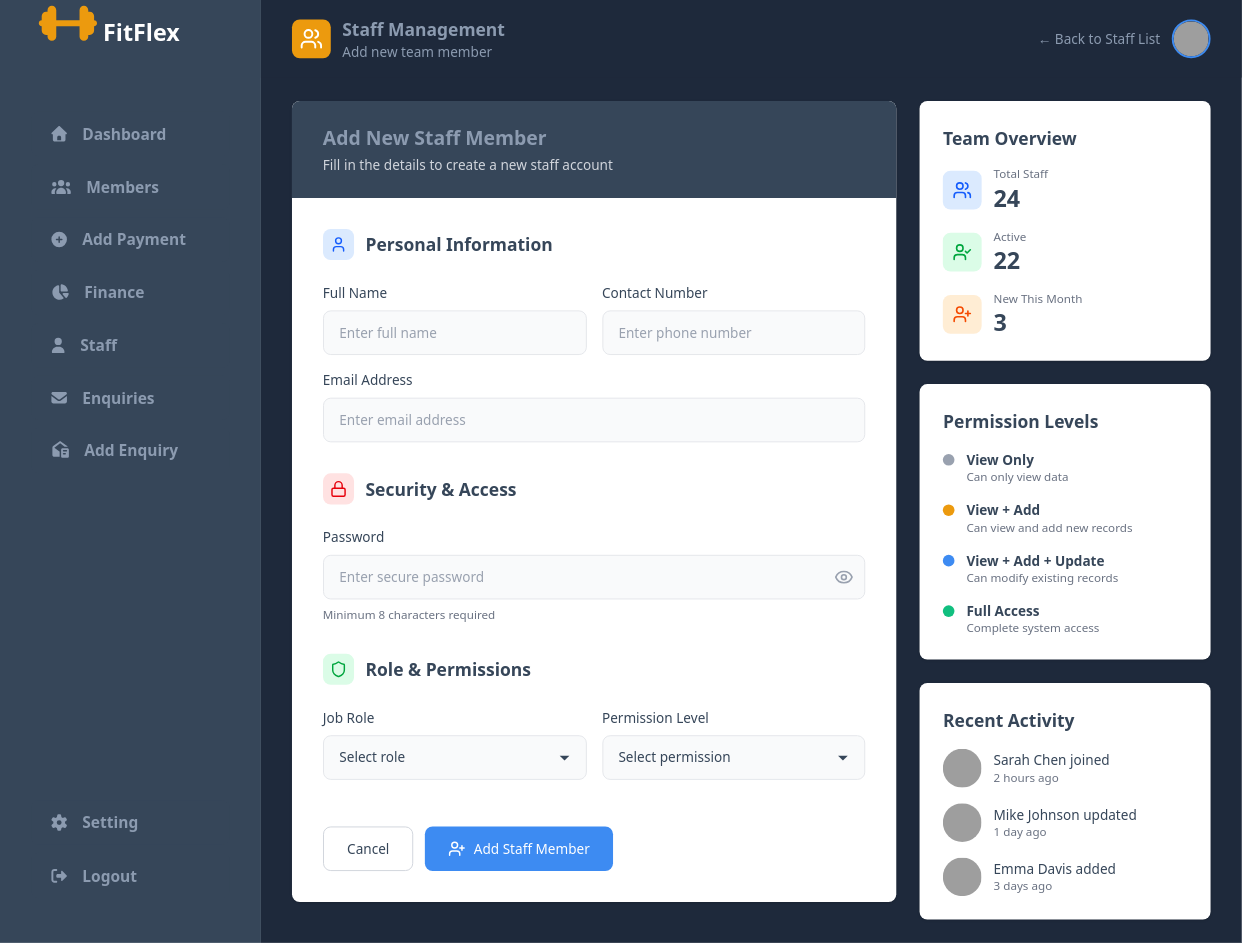
Repository: MuhammadTalhaTaj/gym_management_app_backend
Page: /addstaff (app in frontend/)
The author's editor kept a copy of each file at every save. The page is drawn from the files as they stood at one save, then again after the next save.
The browser window is 1280 px wide. The pictures show the whole page, at 97% of full size.
Pictures or frames that could not be fetched are drawn as grey boxes. The project was rebuilt for these pictures with package versions that can differ from the ones it lists, and the page was loaded fresh each time. Also part of the build but not shown: frontend/vite.config.ts, frontend/src/assets/styles/AdminHeader.css, frontend/src/Components/AdminHeader.tsx, frontend/src/assets/styles/AdminDashboard.css, frontend/src/hooks/useDashboardData.ts, frontend/src/assets/styles/AdminDashboardStats.css, frontend/src/Components/AdminDashboardStats.tsx, frontend/src/Components/IncomeExpenseChart.tsx and 31 more.

Above is the page before, as saved 2025-11-21 10:41:27.

After the next save:
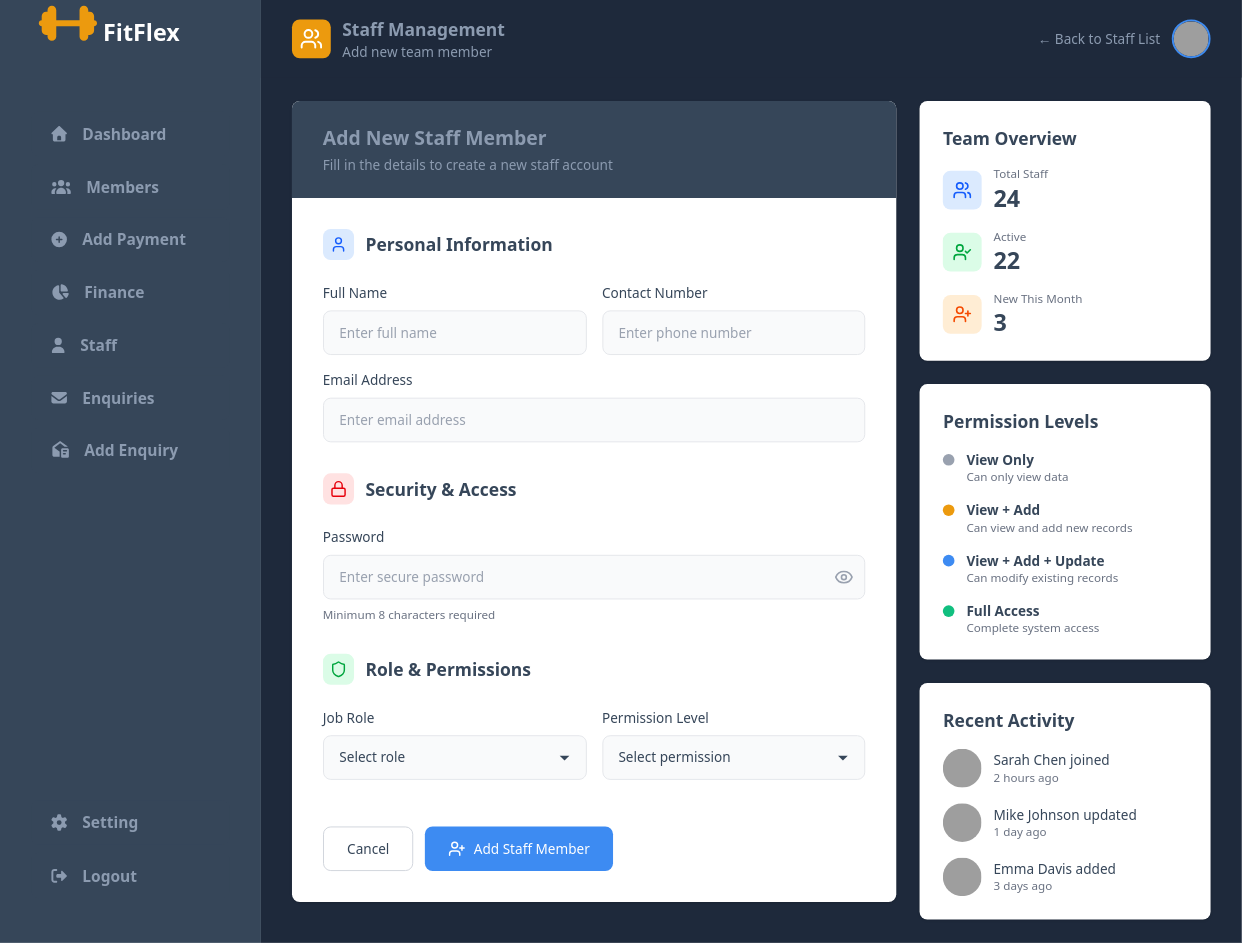
Saved 5 s later.
--- a/frontend/src/pages/Admin/AddStaff.tsx
+++ b/frontend/src/pages/Admin/AddStaff.tsx
@@ -273,7 +273,7 @@ const AddStaff = () => {
               {/* Form Header */}
               <div className="bg-[var(--primary-100)] text-[var(--primary-300)] -mx-6 sm:-mx-8 -mt-6 sm:-mt-8 px-6 sm:px-8 py-6 rounded-t-lg mb-8">
                 <h2 className="text-xl font-bold mb-1">Add New Staff Member</h2>
-                <p className="text-sm text-gray-300">Fill in the details to create a new staff account</p>
+                <p className="text-sm text-[var(--primary-300)]">Fill in the details to create a new staff account</p>
               </div>
 
               <div className="space-y-8">
